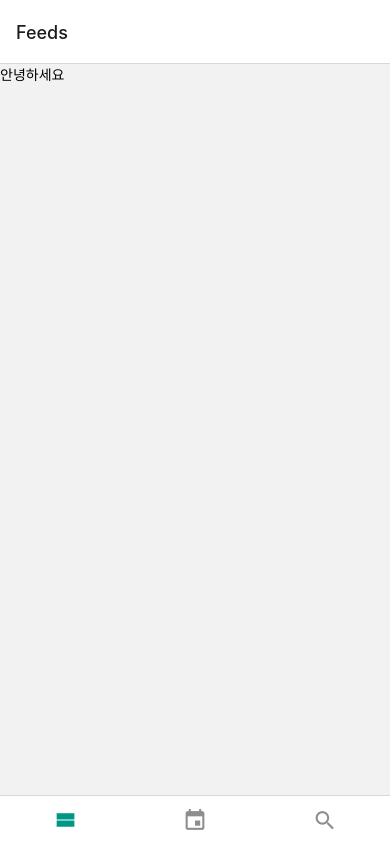
Repository: H-Rn-Study/haebzzang
Screen: / (app in DayLog/)
An editor plug-in stored every save of this project. The screen is shown before and after the next save, followed by the edit.
The app was drawn by React Native's web renderer in a window 390 px wide. The project was rebuilt for these pictures with package versions that can differ from the ones it lists, and the page was loaded fresh each time. Also part of the build but not shown: DayLog/screens/CalendarScreen.js, DayLog/screens/SearchScreen.js, DayLog/screens/WriteScreen.js.

Above is the screen before, as saved 2022-11-16 14:54:05.

After the next save:
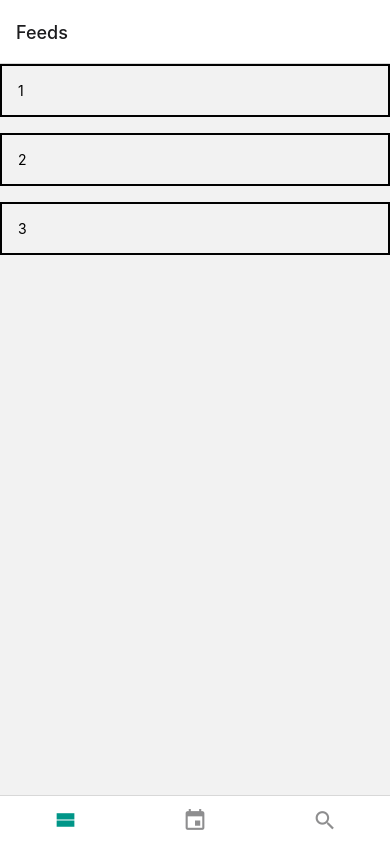
Saved 3 min 38 s later.
--- a/DayLog/screens/FeedsScreen.js
+++ b/DayLog/screens/FeedsScreen.js
@@ -5,15 +5,30 @@ import LogContext from "../contexts/LogContext";
 function FeedsScreen() {
     return (
     <View style = {styles.block}>
-        <LogContext.Consumer>
-            {(value) => <Text>{value}</Text>}
-        </LogContext.Consumer>
+        <Box>
+            <Text>1</Text>
+        </Box>
+        <Box>
+            <Text>2</Text>
+        </Box>
+        <Box>
+            <Text>3</Text>
+        </Box>
     </View>
     );
 }
 
+function Box({children}) {
+    return <View style = {styles.box}>{children}</View>;
+}
+
 const styles = StyleSheet.create({
-    block: {},
+    box: {
+        borderWidth: 2,
+        padding: 16,
+        borderBottomColor: 'black',
+        marginBottom: 16,
+    },
 });
 
 export default FeedsScreen;
